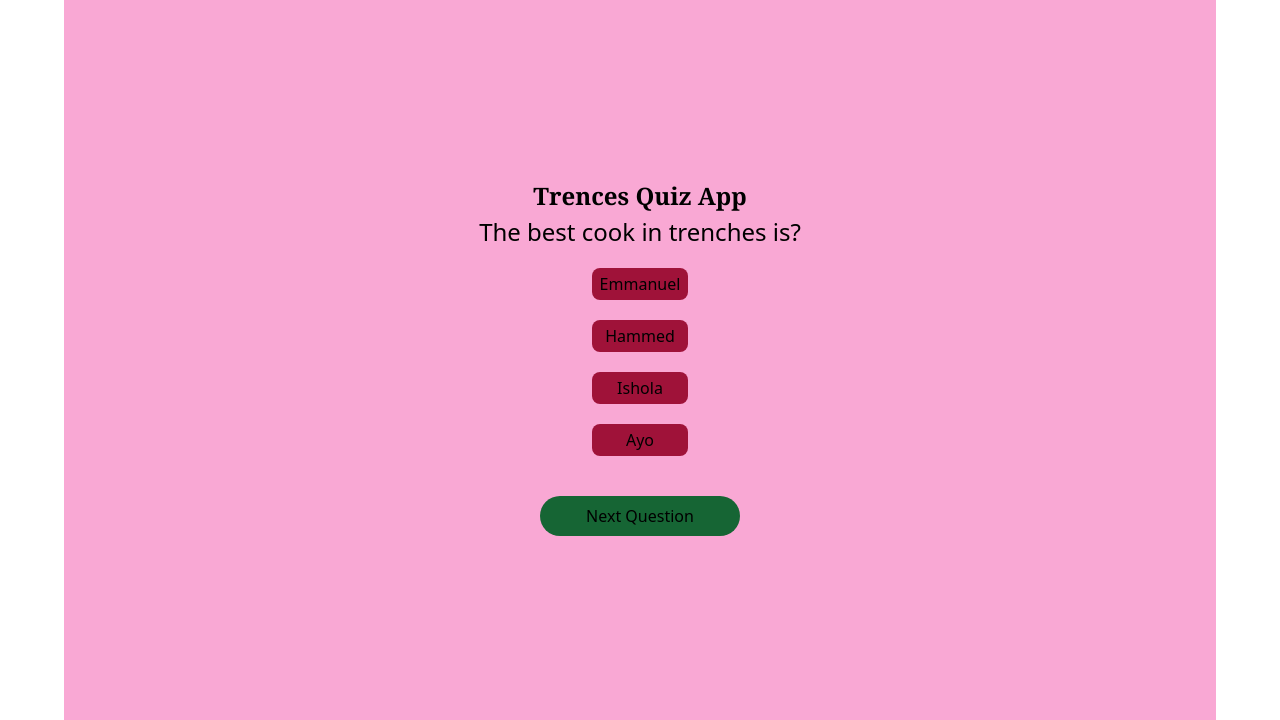
Repository: Semanmernstack/Quiz-react-app
Page: /, after clicking the first element matching `button`
The author's editor kept a copy of each file at every save. The page is drawn from the files as they stood at one save, then again after the next save.
The browser window is 1280 px wide. The pictures show the whole page.
The project was rebuilt for these pictures with package versions that can differ from the ones it lists, and the page was loaded fresh each time. Also part of the build but not shown: src/components/End.js.

Above is the page before, as saved 2023-01-30 02:12:26.

### src/index.css
body {
  margin: 0;
}
@tailwind base;
@tailwind components;
@tailwind utilities;

### src/App.js
import { useState } from "react";
import Menu from "./components/Menu";
import Quiz from "./components/Quiz";
import End from "./components/End"
import { QuizContext } from "./Game/Context";
function App() {
  const [game, setGame] = useState("menu")
  const [score, setScore] = useState(0)
  return (
    <div className="text-center items-center justify-center flex  flex-col  max-w-6xl mx-auto h-screen  bg-pink-300 first-letter:">
      <p className="text-2xl font-extrabold font-serif">Trences Quiz App</p>
      <QuizContext.Provider value={{game, setGame, score, setScore}}>
        {game === "menu" && <Menu/>}
        {game === "quiz" && <Quiz/>}
        {game === "End" && <End/>}

      </QuizContext.Provider>

    </div>
  );
}

export default App;

### src/components/Menu.js
import React, { useContext } from 'react'
import { QuizContext } from '../Game/Context'

function Menu() {
    const { setGame} = useContext(QuizContext)
  return (
    <div className="flex">
        <button className="font-bold  text-xl cursor-pointer bg-red-800 text-white animate-pulse p-1 rounded-xl" onClick={() => {setGame("quiz")}} >Start Quiz</button>

    </div>
  )
}

export default Menu

### src/components/Quiz.js
import React, {  useContext, useState } from 'react'
import { QuizContext } from '../Game/Context';

import { Question } from '../Game/Questions';


function Quiz() {
    const {score, setScore, setGame} = useContext(QuizContext)

    const [current, setCurrent] = useState(0);
    const [option, setOption]= useState("")

    const nextQuestion = () => {
      if (Question[current].answer === option) {
        setScore(score + 1)
      }
      alert(score)
      setCurrent(current + 1)
    }
    const finishQuiz = () => {
      if (Question[current].answer === option) {
        setScore(score + 1)
      }
      setGame("End")

    }



  return (
    <div className=" p-1 rounded-xl   ">
        <h1 className="text-2xl">{Question[current].prompt}</h1>
        <div className="flex mt-5  cursor-pointer flex-col gap-5 items-center text-center">
            <button onClick={() => setOption("A")} className="w-24 bg-rose-800 p-1 rounded-lg hover:bg-red-500">{Question[current].optionA}</button>
            <button  onClick={() => setOption("B") } className="w-24 bg-rose-800 p-1 rounded-lg hover:bg-red-500">{Question[current].optionB}</button>
            <button onClick={() => setOption("C")} className="w-24 bg-rose-800 p-1 rounded-lg hover:bg-red-500">{Question[current].optionC}</button>
            <button onClick={() => setOption("D")} className="w-24 bg-rose-800 p-1 rounded-lg hover:bg-red-500">{Question[current].optionD}</button>
        </div>
        <div>
          {current === Question.length - 1 ? (
            <button onClick={finishQuiz}>Finished</button>
          ):(
            <button className="w-[200px] h-10 mt-10 rounded-full bg-green-800" onClick={nextQuestion} >Next Question</button>
          )}

        </div>

    </div>
  )
}

export default Quiz

### src/Game/Context.js
import { createContext } from "react";

export const QuizContext = createContext()

### src/Game/Questions.js
export  const Question = [
    {
        prompt: "The best cook in trenches is?",
        optionA: "Emmanuel",
        optionB: "Hammed",
        optionC: "Ishola",
        optionD: "Ayo",
        answer: "D",
    },
    {
        prompt: "Who is the sapa giver in trenches?",
        optionA: "Abigeal",
        optionB: "Idilabi",
        optionC: "Ebu",
        optionD: "Ajoke",
        answer: "C",
    },
    {
        prompt: "Name he person that enter school and ran back home?",
        optionA: "Davido",
        optionB: "Eniola",
        optionC: "Gift",
        optionD: "Okiki",
        answer: "B",
    },
    {
        prompt: "who is the best Osu?",
        optionA: "Cory",
        optionB: "Joe",
        optionC: "Harmon",
        optionD: "Bob",
        answer: "A",
    },
    {
        prompt: "The most serious in Trenches?",
        optionA: "Malik",
        optionB: "Hammed",
        optionC: "Ishola",
        optionD: "Ayo",
        answer: "A",
    },
    {
        prompt: "Who is trenches table tennis best player?",
        optionA: "Baddo",
        optionB: "Daddy Pems",
        optionC: "BJ",
        optionD: "Sule",
        answer: "B",
    },
    {
        prompt: "Babaoja of trenches is?",
        optionA: "Baddo",
        optionB: "daddy Dami",
        optionC: "Igwe",
        optionD: "Baba Gift",
        answer: "A",
    },
    {
        prompt: "The name of trenches street is?",
        optionA: "Portable str",
        optionB: "Alagomeji str",
        optionC: "Tijani str",
        optionD: "Adekunle Olaiya",
        answer: "D",
    },
    {
        prompt: "Highest Iphone own in trenches right now?",
        optionA: "xr",
        optionB: "7",
        optionC: "11 ",
        optionD: "11 pro",
        answer: "A",
    },
    {
        prompt: "The best song/album in trenches at the moment?",
        optionA: "Ruger",
        optionB: "Portable",
        optionC: "Seyi Vibes ",
        optionD: "Zinolisky",
        answer: "C",
    },
]

Loaded but not shown: public/index.html (common file); src/index.js (common file); src/reportWebVitals.js (common file); tailwind.config.js (common file)

After the next save:
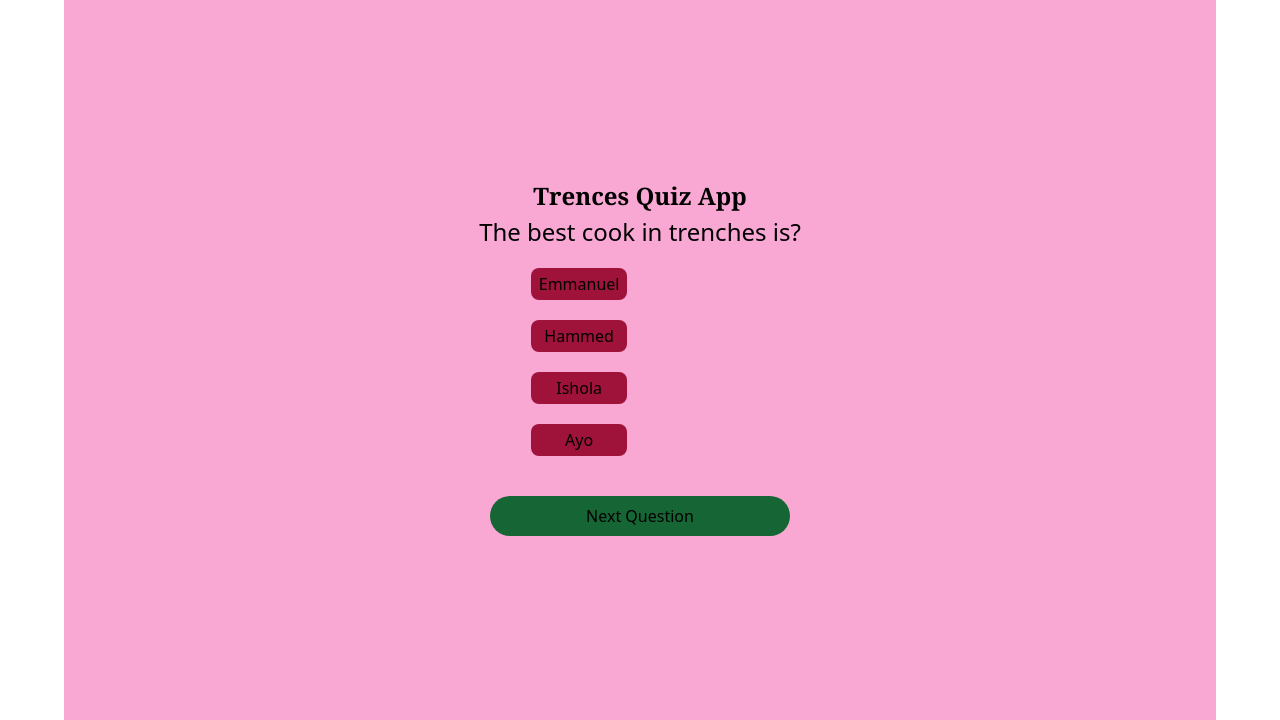
Saved 2 min 56 s later.
--- a/src/components/Quiz.js
+++ b/src/components/Quiz.js
@@ -30,8 +30,8 @@ function Quiz() {
   return (
     <div className=" p-1 rounded-xl   ">
         <h1 className="text-2xl">{Question[current].prompt}</h1>
-        <div className="flex mt-5  cursor-pointer flex-col gap-5 items-center text-center">
-            <button onClick={() => setOption("A")} className="w-24 bg-rose-800 p-1 rounded-lg hover:bg-red-500">{Question[current].optionA}</button>
+        <div className="flex mt-5 w-[200px]  cursor-pointer flex-col gap-5 items-center text-center">
+            <button onClick={() => setOption("A")} className="w-24 bg-rose-800 p-1  rounded-lg hover:bg-red-500">{Question[current].optionA}</button>
             <button  onClick={() => setOption("B") } className="w-24 bg-rose-800 p-1 rounded-lg hover:bg-red-500">{Question[current].optionB}</button>
             <button onClick={() => setOption("C")} className="w-24 bg-rose-800 p-1 rounded-lg hover:bg-red-500">{Question[current].optionC}</button>
             <button onClick={() => setOption("D")} className="w-24 bg-rose-800 p-1 rounded-lg hover:bg-red-500">{Question[current].optionD}</button>
@@ -40,7 +40,7 @@ function Quiz() {
           {current === Question.length - 1 ? (
             <button onClick={finishQuiz}>Finished</button>
           ):(
-            <button className="w-[200px] h-10 mt-10 rounded-full bg-green-800" onClick={nextQuestion} >Next Question</button>
+            <button className="w-[300px] h-10 mt-10 rounded-full bg-green-800" onClick={nextQuestion} >Next Question</button>
           )}
 
         </div>
